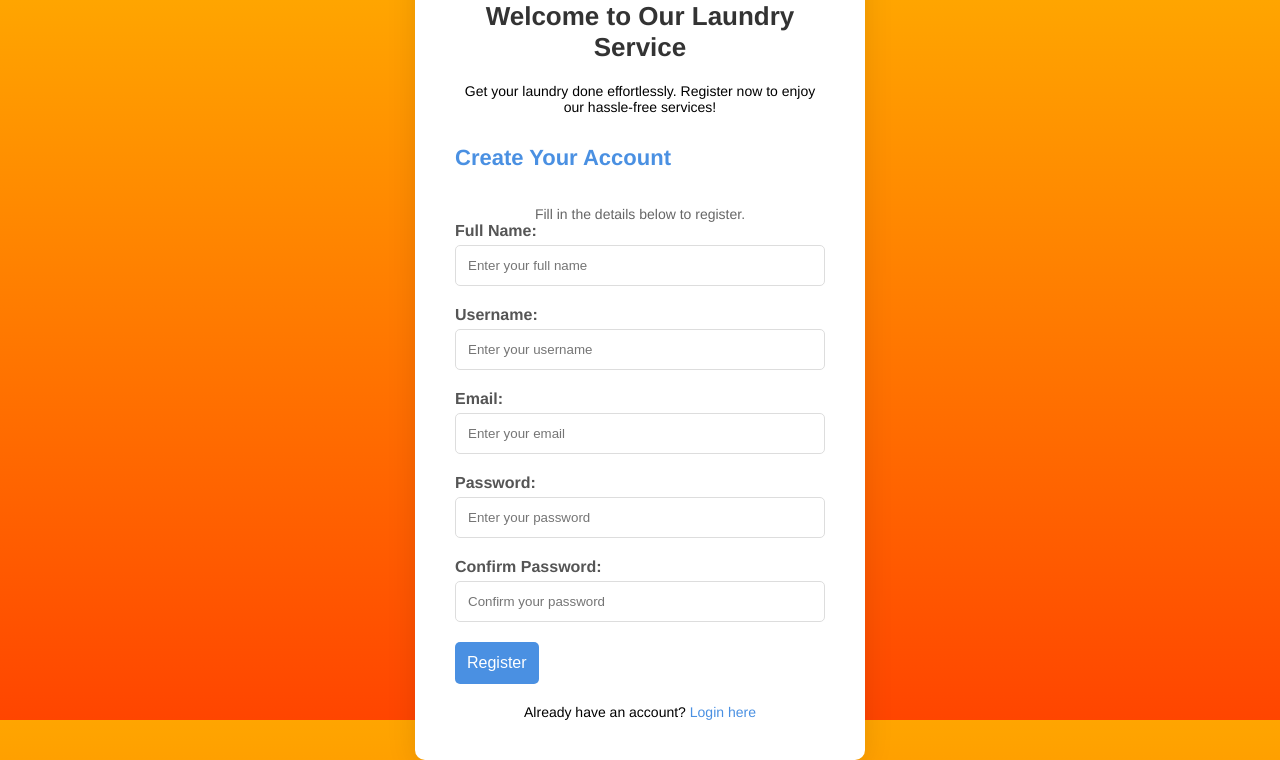
Repository: wmrmweerakoon/Online-Laundry-Management-System
Page: http://localhost/LaundryManagementSystem/Register.jsp
These files come from the project's save history. The page is drawn as it stood at one moment and after the next save; the edit follows.
The browser window is 1280 px wide. The pictures show the whole page.
The page is served by Tomcat 9.

Above is the page before, as saved 2024-10-13 10:46:16.

After the next save:
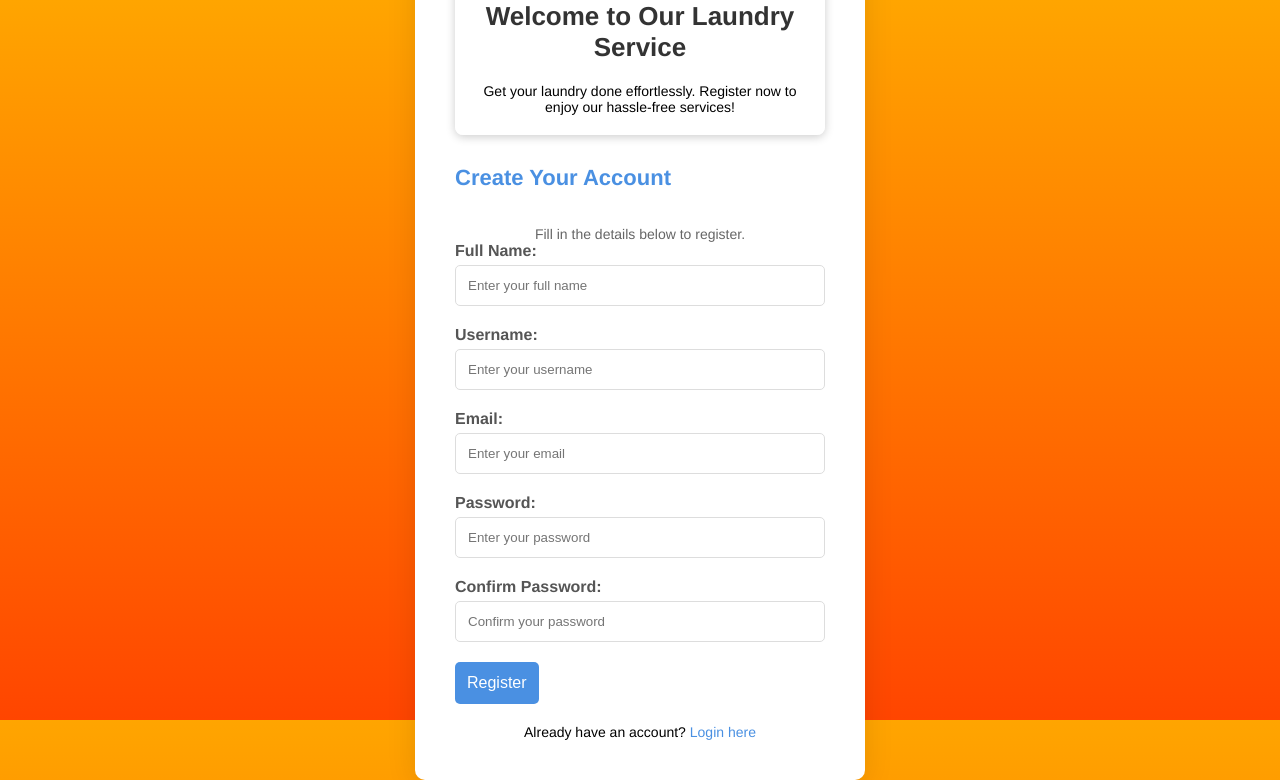
Saved 16 s later.
--- a/Projects/LaundryManagementSystem/src/main/webapp/CSS/Register.css
+++ b/Projects/LaundryManagementSystem/src/main/webapp/CSS/Register.css
@@ -25,10 +25,17 @@ body {
     max-width: 450px;
 }
 
-/* Header and text styling */
+/* Welcome message background styling */
+.welcome-background {
+    background: rgba(255, 255, 255, 0.8); /* Semi-transparent white background */
+    padding: 20px;
+    border-radius: 8px;
+    margin-bottom: 30px;
+    box-shadow: 0 2px 10px rgba(0, 0, 0, 0.2);
+}
+
 .text-content {
     text-align: center;
-    margin-bottom: 30px;
 }
 
 h1 {
